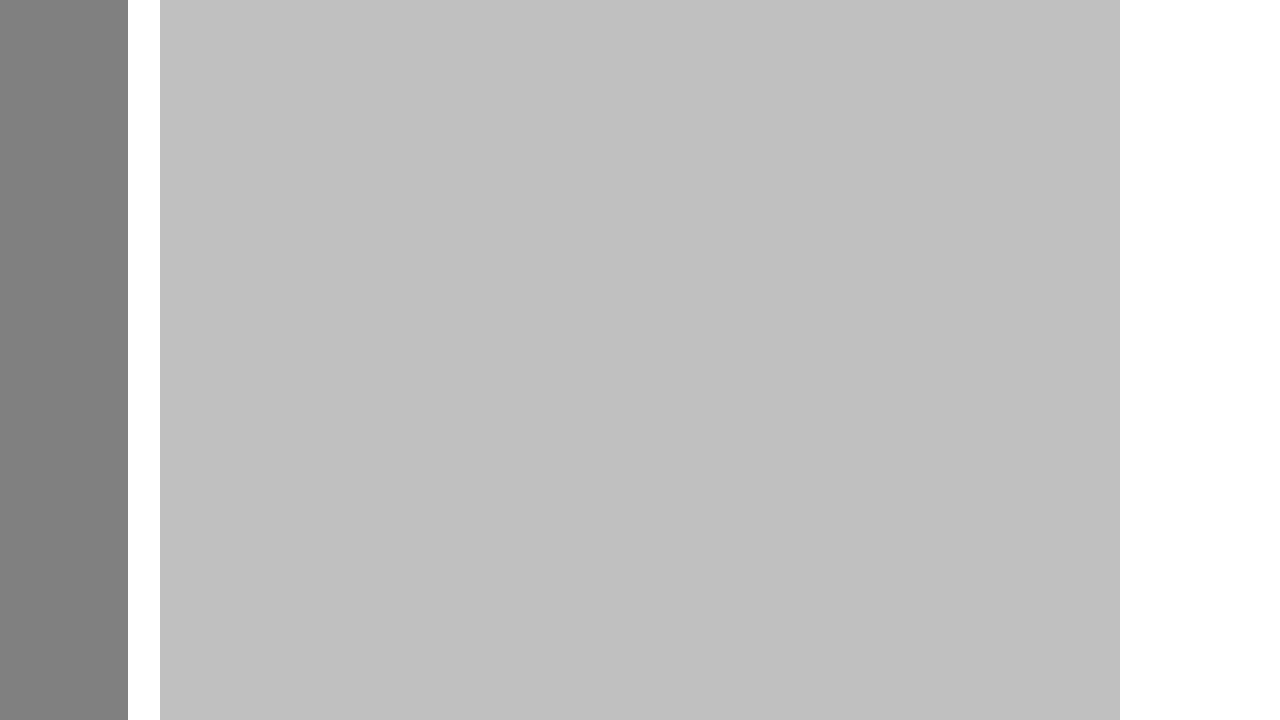
Repository: OrionDevelopers/projectwall
Page: http://localhost/slidePresenter.php
The author's editor kept a copy of each file at every save. The page is drawn from the files as they stood at one save, then again after the next save.
The browser window is 1280 px wide. The pictures show the whole page.
The page is run by PHP 8.4 with error messages shown; the project is at /var/www/html/.

Above is the page before, as saved 2013-04-20 16:24:45.

After the next save:
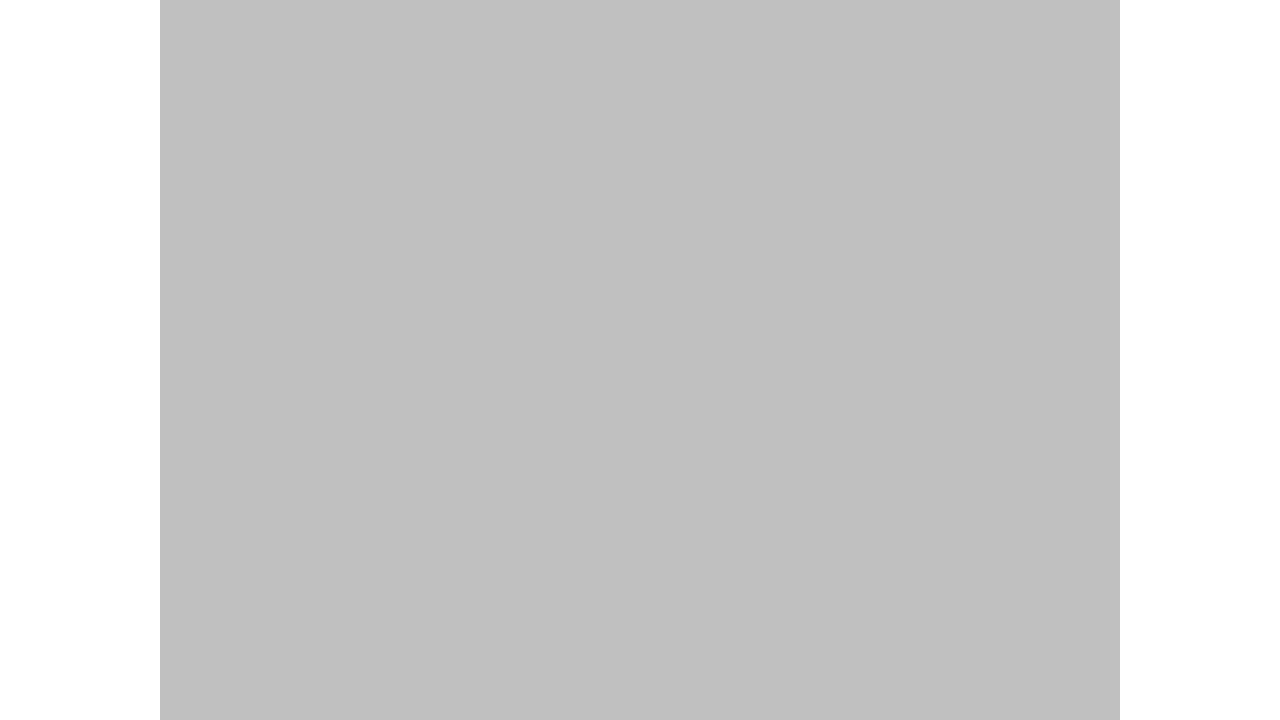
Saved 14 s later.
--- a/slidePresenterPrototype2/presenterPrototype2/css/slidePresenter.css
+++ b/slidePresenterPrototype2/presenterPrototype2/css/slidePresenter.css
@@ -6,7 +6,7 @@
 	height:100%;
 	width:100%;
 }
-#menuBar{
+#quickMenu{
 	float:left;
 	height:100%;
 	width:10%;

After the 3 saves that followed:
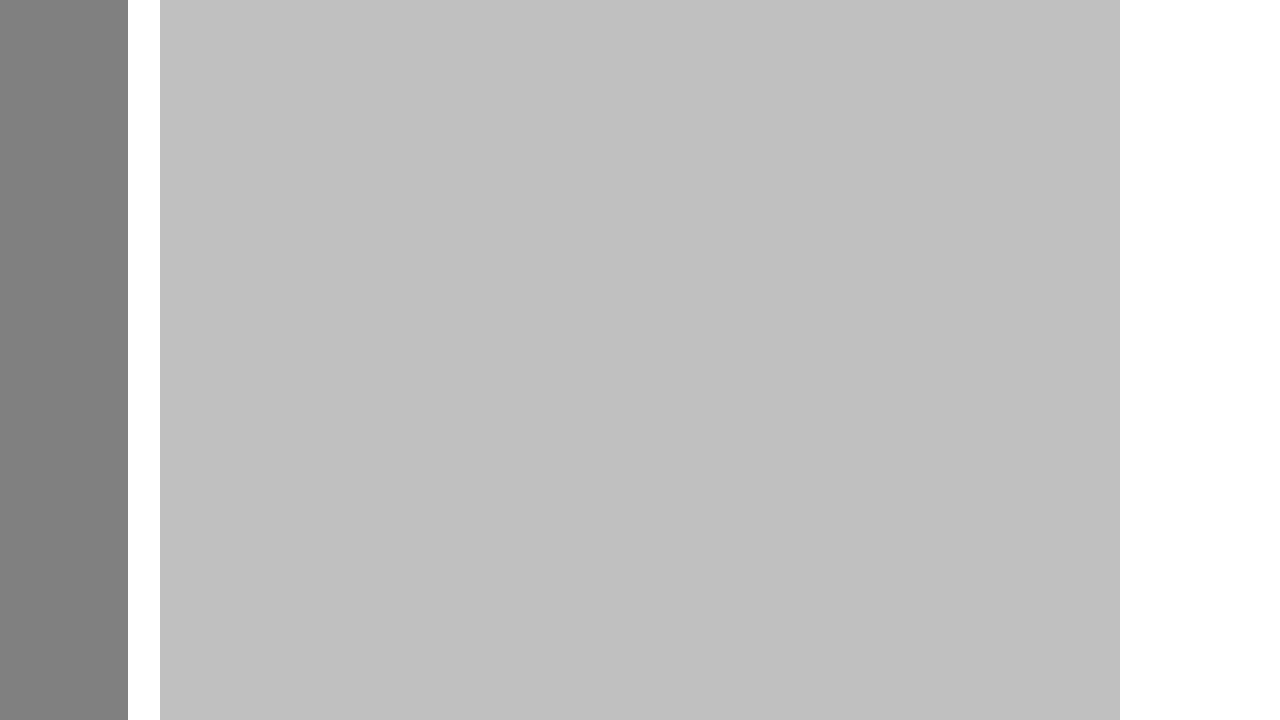
The 3 saves are shown as one change because 1 left the picture as it was and some came seconds apart.
The last was saved 57 s later.
--- a/slidePresenterPrototype2/presenterPrototype2/slidePresenter.php
+++ b/slidePresenterPrototype2/presenterPrototype2/slidePresenter.php
@@ -7,7 +7,8 @@
 		<script src="js/slidePresenter.js" type="text/javascript"></script>
 	</head>
 	<body>
-		<div id='menuBar'></div>
+		<div id='leftToolBar'></div>
+		<div id='rightToolBar'></div>
 		<div id='container'></div>
 	</body>
 </html>
--- a/slidePresenterPrototype2/presenterPrototype2/css/slidePresenter.css
+++ b/slidePresenterPrototype2/presenterPrototype2/css/slidePresenter.css
@@ -6,7 +6,7 @@
 	height:100%;
 	width:100%;
 }
-#quickMenu{
+#leftToolBar{
 	float:left;
 	height:100%;
 	width:10%;
